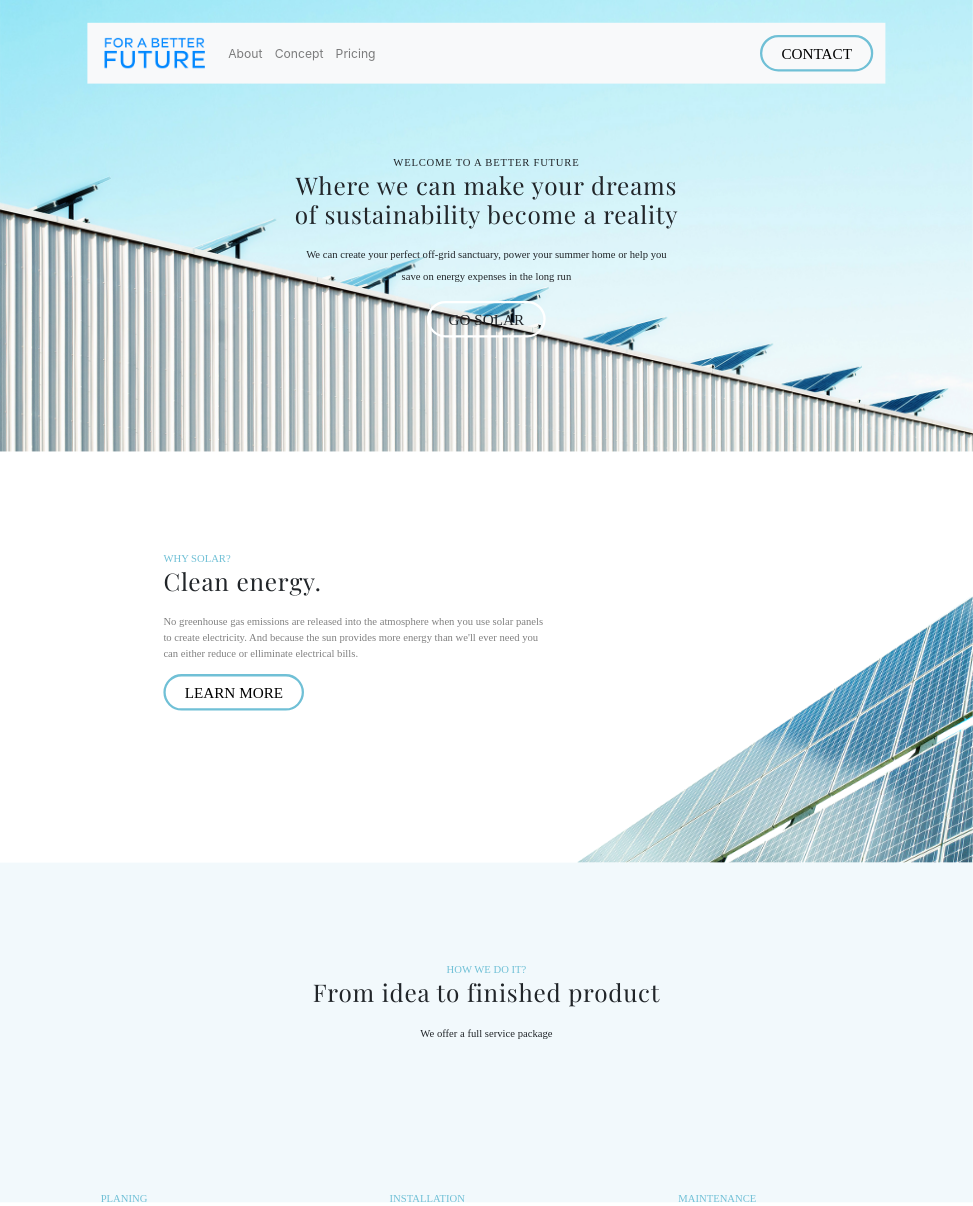
Repository: sabinemm/fabf
Page: index.html
The author's editor kept a record of every edit. The page is drawn from the files as they stood at one moment, then again after the next edit.
The browser window is 1280 px wide. The pictures show the whole page, at 76% of full size.
Backgrounds fixed to the window are drawn as part of the page. Some web fonts or font styles are not loaded; a fallback is used.

Above is the page before.

After the next edit:
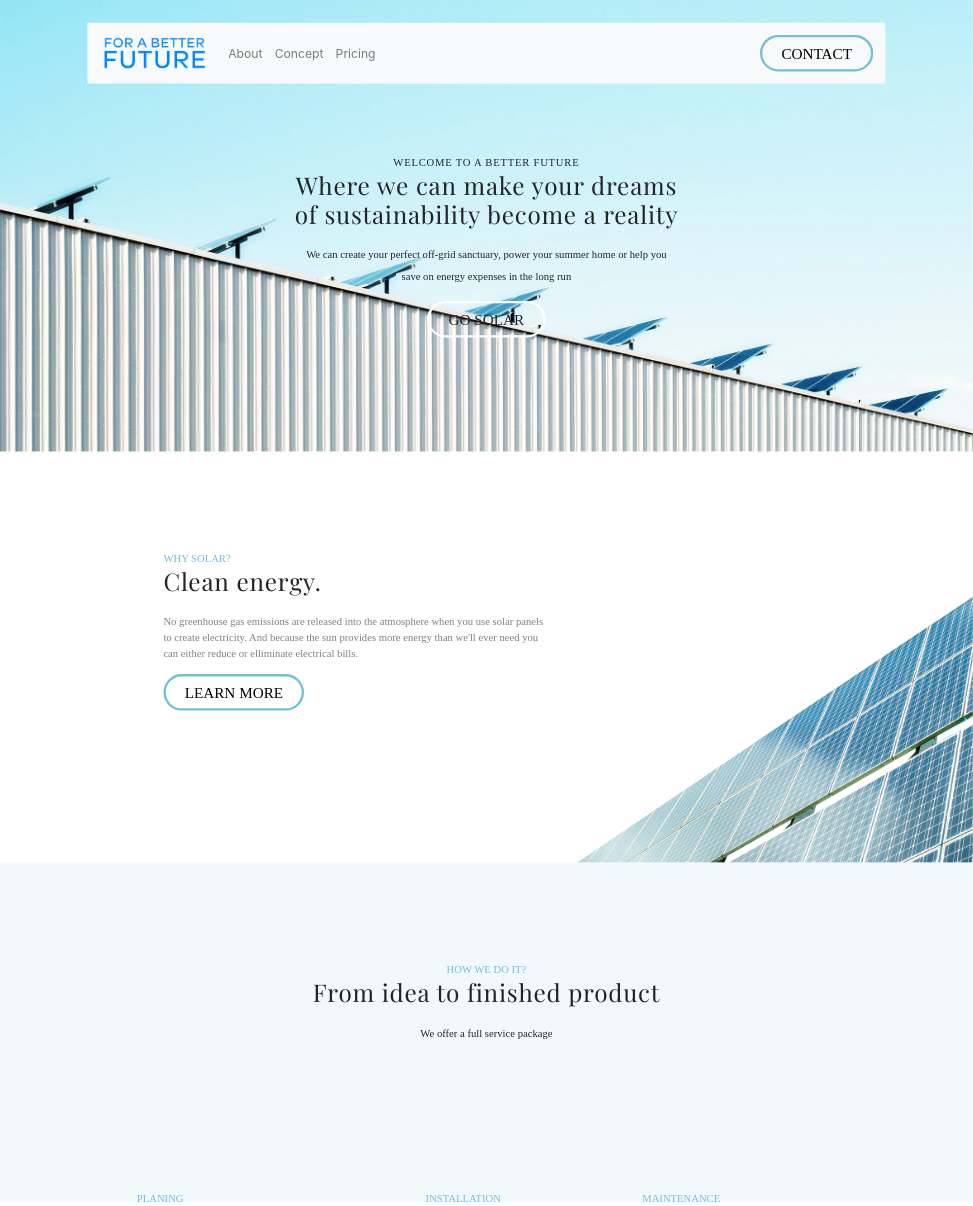
The edit:
--- a/index.html
+++ b/index.html
@@ -94,7 +94,7 @@
                 <div class=" col-3 col-md-4 col-sm-6">
                      <p class="uppercase stitle stitle-blue">PLANING</p>
                 </div>
-                <div class="col-3 col-md-4 col-sm-6 ">
+                <div class="col-3 col-md-4 col-sm-6 col-lg-3 ">
                      <p class="uppercase stitle stitle-blue">INSTALLATION</p>
                 </div>
                 <div class="col-3 col-md-4 col-sm-6 col-lg-3">
